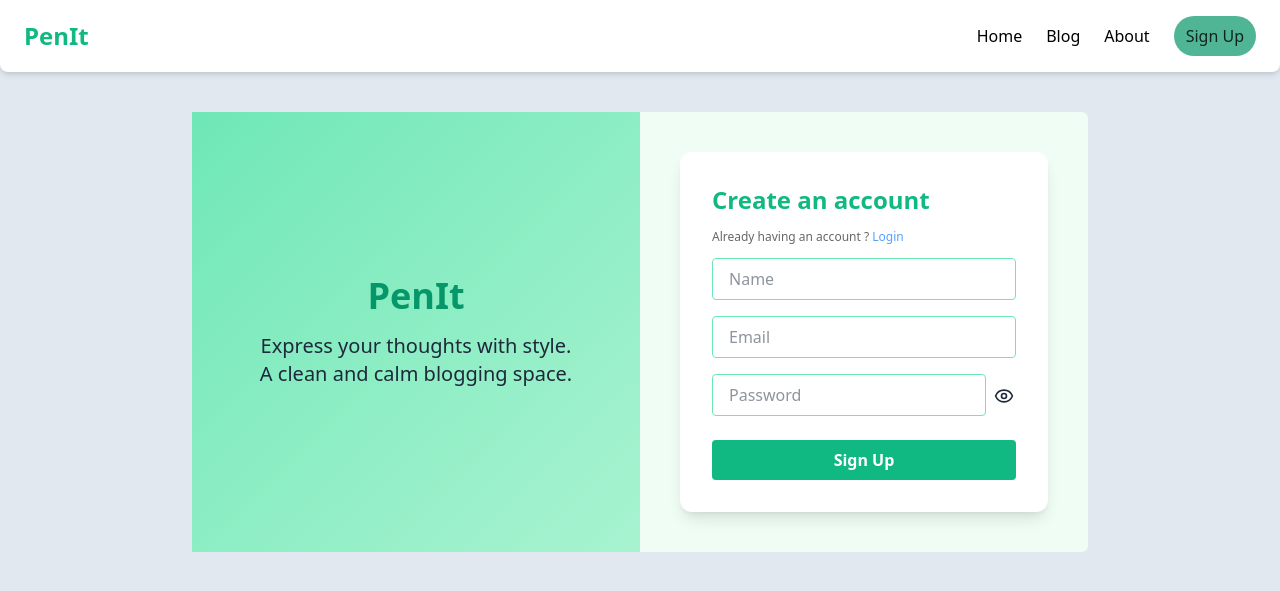
Repository: Mounika-chukkala/PenIt
Page: /signup (app in frontend/)
These files come from the project's save history. The page is drawn as it stood at one moment and after the next save; the edit follows.
The browser window is 1280 px wide. The pictures show the whole page.
The project was rebuilt for these pictures with package versions that can differ from the ones it lists, and the page was loaded fresh each time. Also part of the build but not shown: frontend/vite.config.js, frontend/src/Pages/Signin.jsx, frontend/src/components/CreateBlog.jsx, frontend/src/Pages/AddBlog.jsx.

Above is the page before, as saved 2025-05-23 14:08:40.

### frontend/src/main.jsx
import { StrictMode } from 'react'
import { createRoot } from 'react-dom/client'
import './index.css'
import { Toaster } from 'react-hot-toast'
// import {BrowserRouter} from "react-router-dom"
import { BrowserRouter } from 'react-router-dom'
import App from './App.jsx'

createRoot(document.getElementById('root')).render(
  <StrictMode>
    <BrowserRouter>
    {/* <Toaster> */}

    <App />
    {/* </Toaster> */}
    </BrowserRouter>
  </StrictMode>,
)

### frontend/src/index.css
@import "tailwindcss";




/* :root {
  font-family: system-ui, Avenir, Helvetica, Arial, sans-serif;
  line-height: 1.5;
   font-weight: 400;

  color-scheme: light dark;
  color: rgba(255, 255, 255, 0.87);
  background-color: #242424;

  font-synthesis: none;
  text-rendering: optimizeLegibility;
  -webkit-font-smoothing: antialiased;
  -moz-osx-font-smoothing: grayscale;
}

a {
  font-weight: 500;
  color: #646cff;
  text-decoration: inherit;
}
a:hover {
  color: #535bf2;
}

body {
  margin: 0;
  display: flex;
  place-items: center;
  min-width: 320px;
  min-height: 100vh;
}

h1 {
  font-size: 3.2em;
  line-height: 1.1;
}

button {
  border-radius: 8px;
  border: 1px solid transparent;
  padding: 0.6em 1.2em;
  font-size: 1em;
  font-weight: 500;
  font-family: inherit;
  background-color: #1a1a1a;
  cursor: pointer;
  transition: border-color 0.25s;
}
button:hover {
  border-color: #646cff;
}
button:focus,
button:focus-visible {
  outline: 4px auto -webkit-focus-ring-color;
}

@media (prefers-color-scheme: light) {
  :root {
    color: #213547;
    background-color: #ffffff;
  }
  a:hover {
    color: #747bff;
  }
  button {
    background-color: #f9f9f9;
  }
} */

### frontend/src/App.jsx
import { useState } from 'react'
import { Route, Routes } from 'react-router-dom'
// import './App.css'
import Signin from './Pages/Signin'
import Signup from './Pages/Signup'
import Navbar from './components/Navbar'
// import Layout from "./Pages/Layout"
import CreateBlog from './components/CreateBlog'
import AddBlog from './Pages/AddBlog'
function App() {

  return (
    <div className="bg-slate-200 w-screen h-screen ">

  <Routes>
    <Route path="/" element={<Navbar/>}>
        <Route path="/signin" element={<Signin/>}></Route>
    <Route path="/signup" element={<Signup/>}></Route>
    <Route path="/create-blog" element={<CreateBlog/>}></Route>
        <Route path="/add-blog" element={<AddBlog/>}></Route>

    {/* <Route path="/search-blog" element={}></Route> */}
    {/* <Route path="*" element={}></Route> */}
    </Route>

  </Routes>
      </div>

  )
}

export default App

### frontend/src/Pages/Signup.jsx
import { useState } from "react";
import { Eye,EyeOff } from "lucide-react";
import toast from "react-hot-toast";
import { Link } from "react-router-dom";
function Signup() {
  const [userData, setUserData] = useState({
    name: "",
    email: "",
    password: "",
  });
const [isVisible,setVisible]=useState(false)
  async function handleRegister() {
    console.log("hello")
    let data = await fetch("http://localhost:3000/api/v1/signup", {
      method: "POST",
      body: JSON.stringify(userData),
      headers: {
        "Content-Type": "application/json",
      },
    });

    let res = await data.json();
    console.log(res)
alert(res.message)
    if(!res.success){
        toast.error(res.message);

    }
    else{
        toast.success(res.message);
        localStorage.setItem("User",JSON.stringify(res.user));
    }
  }

  return (
        <div className="max-h-screen max-w-[70%] rounded-md m-auto mt-10 flex bg-[#F0FDF4] text-[#1E293B]">
      {/* Left side visual placeholder */}
      <div className="hidden md:flex w-1/2  flex flex-col justify-center items-center p-10 bg-gradient-to-br from-[#6EE7B7] to-[#A7F3D0]">
        <h1 className="text-4xl font-bold text-[#059669] mb-4">PenIt</h1>
        <p className="text-xl text-[#1E293B] text-center">
          Express your thoughts with style.<br /> A clean and calm blogging space.
        </p>
      </div>

      {/* Right side sign up form */}
      <div className="w-1/2 flex justify-center items-center p-10">
        <div className="bg-white p-8 rounded-xl shadow-lg w-full max-w-md">
          <h2 className="text-2xl font-bold mb-3 text-[#10B981]">Create an account</h2>

<p className="text-[12px] text-black/60 mb-3">Already having an account ? <Link to="/login"><span className="text-blue-400">Login</span></Link></p>
         <form className="">
          <input
            className="w-full mb-4 px-4 py-2 border border-[#6EE7B7] rounded focus:outline-none focus:ring-2 focus:ring-[#10B981]"
            type="text"
            placeholder="Name"
            onChange={(e) => setUserData({ ...userData, name: e.target.value })}
          />
          <input
            className="w-full mb-4 px-4 py-2 border border-[#6EE7B7] rounded focus:outline-none focus:ring-2 focus:ring-[#10B981]"
            type="email"
            placeholder="Email"
            onChange={(e) => setUserData({ ...userData, email: e.target.value })}
          />
          {/* <input
            className="w-full mb-6 px-4 py-2 border border-[#6EE7B7] rounded focus:outline-none focus:ring-2 focus:ring-[#10B981]"
            type="password"
            placeholder="Password"
            onChange={(e) => setUserData({ ...userData, password: e.target.value })}
          /> */}

                            <div className="w-full flex gap-2">
                       <input
                        className="w-[90%] mb-6 px-4 py-2 border border-[#6EE7B7] rounded focus:outline-none focus:ring-2 focus:ring-[#10B981]"
                        type={isVisible?"text":"password" }
                        placeholder="Password"
                        onChange={(e) => setUserData({ ...userData, password: e.target.value })}
                      />
                       <div  className="pt-3" onClick={()=>setVisible(!isVisible)}>
             {isVisible ? <EyeOff size={20} /> : <Eye size={20} />}
                       </div>
                       </div>
          <button
            onClick={handleRegister}
            className="w-full bg-[#10B981] hover:bg-[#059669] text-white py-2 rounded font-semibold transition duration-200"
          >
            Sign Up
          </button>
          </form>
        </div>
      </div>
    </div>

  );
}

export default Signup;

### frontend/src/components/Navbar.jsx
import React, { useEffect, useState } from "react";
import { Link } from "react-router-dom";
import { Outlet } from "react-router-dom";
export default function Navbar() {
  const [isLogged, setLogged] = useState(false);
  const item = localStorage.getItem("User");
  useEffect(()=>{
  if (item!=null) {
    setLogged(true);
  }
},isLogged)
  return (
    <>
    <nav className="bg-white shadow-md px-6 py-4 flex justify-between items-center rounded-b-lg">
      <h1 className="text-2xl font-bold text-[#10B981]">PenIt</h1>
      <ul className="flex space-x-6 font-medium">
        <li className="hover:text-[#059669] pt-2 cursor-pointer">Home</li>
        <li className="hover:text-[#059669] pt-2 cursor-pointer">Blog</li>
        <li className="hover:text-[#059669] pt-2 cursor-pointer">About</li>
        <Link to="/signup">
        <li className="bg-[#059669]/70 rounded-3xl px-3 py-2 text-black/80 transform hover:scale-120 transition duration-300 ease-in-out  hover:text-white cursor-pointer">
{/* {isLogged?"Log out":"Sign up"} */}
    Sign Up
          </li>
        </Link>
      </ul>
    </nav>
    <Outlet/>
        </>

  );
}

Loaded but not shown: frontend/index.html (common file)

After the next save:
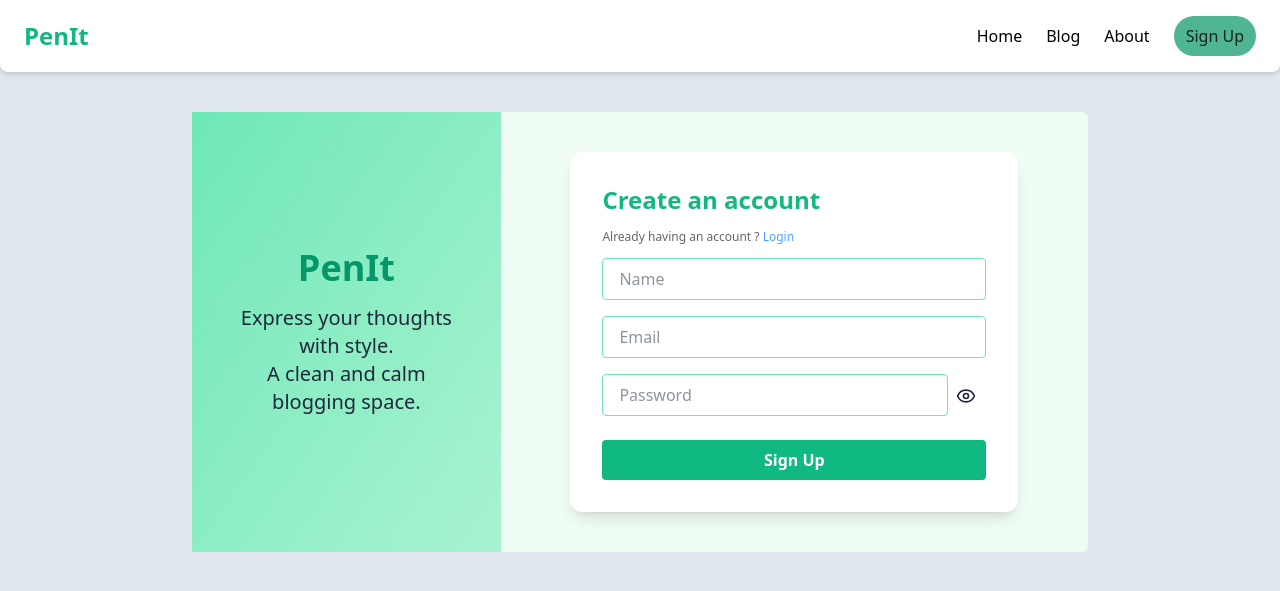
Saved 32 s later.
--- a/frontend/src/Pages/Signup.jsx
+++ b/frontend/src/Pages/Signup.jsx
@@ -43,7 +43,7 @@ alert(res.message)
       </div>
 
       {/* Right side sign up form */}
-      <div className="w-1/2 flex justify-center items-center p-10">
+      <div className=" w-full md-w-1/2 flex justify-center items-center p-10">
         <div className="bg-white p-8 rounded-xl shadow-lg w-full max-w-md">
           <h2 className="text-2xl font-bold mb-3 text-[#10B981]">Create an account</h2>
 
